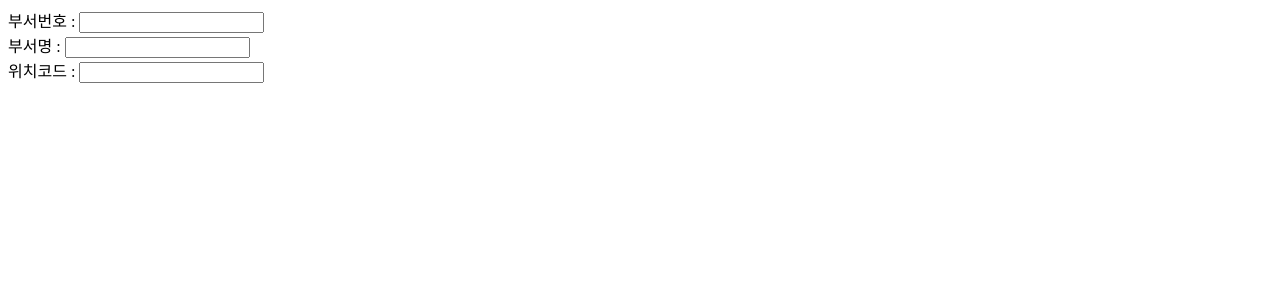
Repository: wo2jin/Sever
Page: http://localhost/TestWeb13/insert.jsp
These files come from the project's save history. The page is drawn as it stood at one moment and after the next save; the edit follows.
The browser window is 1280 px wide. The pictures show the whole page.
The page is served by Tomcat 9.

Above is the page before, as saved 2020-05-19 06:25:11.

After the next save:
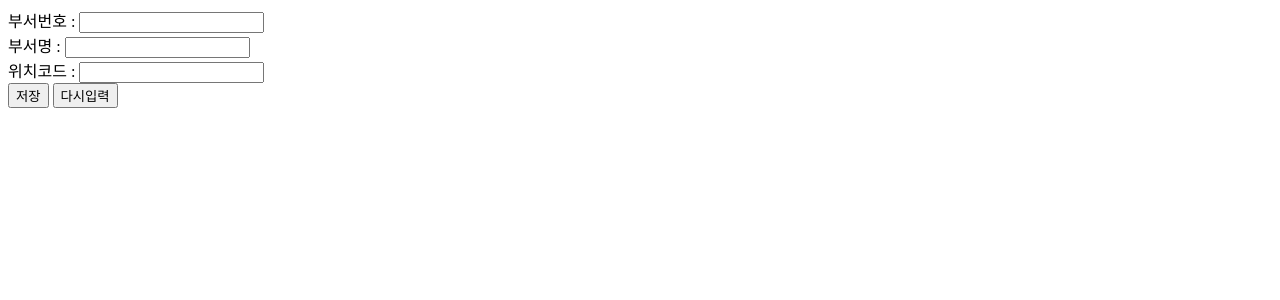
Saved 2 min 24 s later.
--- a/Sever/TestWeb13/WebContent/insert.jsp
+++ b/Sever/TestWeb13/WebContent/insert.jsp
@@ -11,6 +11,8 @@
 부서번호 : <input type="text" name="dept_id"><br>
 부서명 : <input type="text" name="dept_name"><br>
 위치코드 : <input type="text" name="loc_id"><br>
+<input type="submit" value="저장">
+<input type="reset" value="다시입력">
 </form>
 
 </body>
